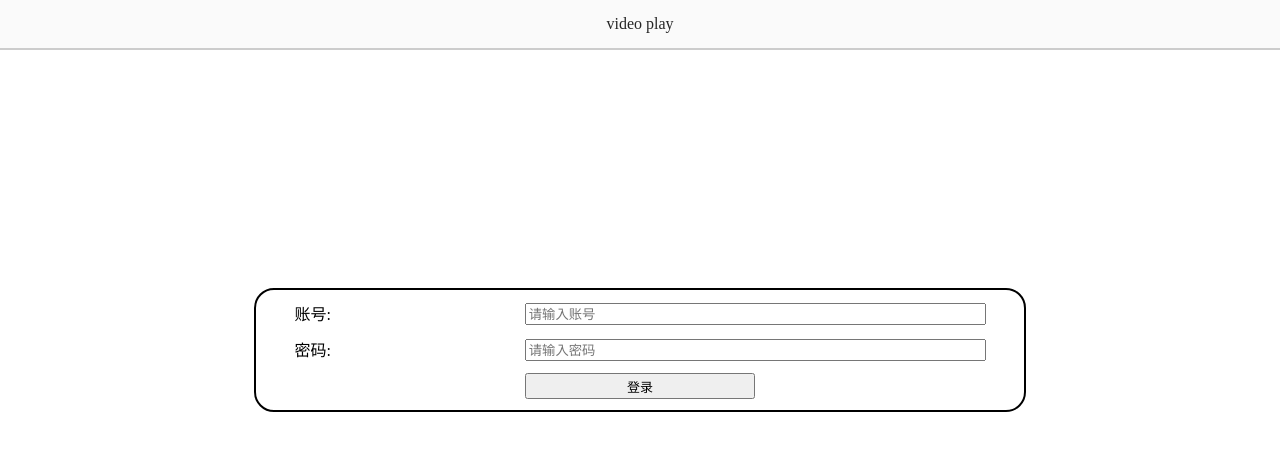
Repository: andycj7/-
Page: web/videoplay/index.html
The author's editor kept a copy of each file at every save. The page is drawn from the files as they stood at one save, then again after the next save.
The browser window is 1280 px wide. The pictures show the whole page.

Above is the page before, as saved 2020-07-20 01:15:05.

After the next save:
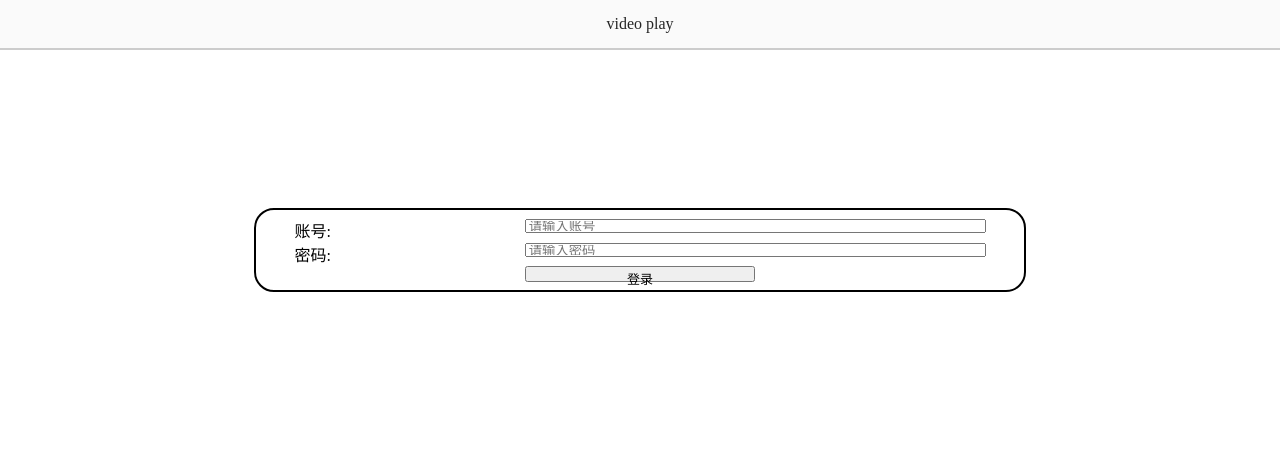
Saved 18 s later.
--- a/web/videoplay/css/base.css
+++ b/web/videoplay/css/base.css
@@ -24,7 +24,7 @@ body {
 	flex-direction: column;
 	justify-content: center;
 	align-items: center;
-	height: 600px;
+	height: 400px;
 }
 
 .div-parent-login {
